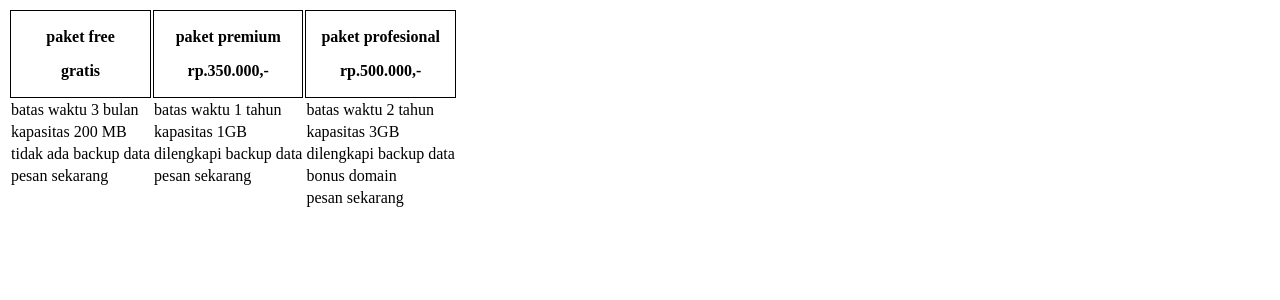
Repository: AHSANS354/tugas-sib5
Page: tugas css/index.html
The author's editor kept a copy of each file at every save. The page is drawn from the files as they stood at one save, then again after the next save.
The browser window is 1280 px wide. The pictures show the whole page.

Above is the page before, as saved 2023-08-29 12:56:15.

### tugas css/index.html
<!DOCTYPE html>
<html lang="en">
  <head>
    <meta charset="UTF-8" />
    <meta name="viewport" content="width=device-width, initial-scale=1.0" />
    <title>Tugas css eksternal</title>
    <link rel="stylesheet" href="style.css" />
  </head>
  <body>
    <table>
      <tr class="header">
        <th>
          <p>paket free</p>
          <p>gratis</p>
        </th>
        <th>
          <p>paket premium</p>
          <p>rp.350.000,-</p>
        </th>
        <th>
          <p>paket profesional</p>
          <p>rp.500.000,-</p>
        </th>
      </tr>
      <tr>
        <td>batas waktu 3 bulan</td>
        <td>batas waktu 1 tahun</td>
        <td>batas waktu 2 tahun</td>
      </tr>
      <tr>
        <td>kapasitas 200 MB</td>
        <td>kapasitas 1GB</td>
        <td>kapasitas 3GB</td>
      </tr>
      <tr>
        <td>tidak ada backup data</td>
        <td>dilengkapi backup data</td>
        <td>dilengkapi backup data</td>
      </tr>
      <tr>
        <td>pesan sekarang</td>
        <td>pesan sekarang</td>
        <td>bonus domain</td>
      </tr>
      <tr>
        <td colspan="2"></td>
        <td>pesan sekarang</td>
      </tr>
    </table>
  </body>
</html>

### tugas css/style.css
.header th {
  border: 1px solid #000;
}

After the next save:
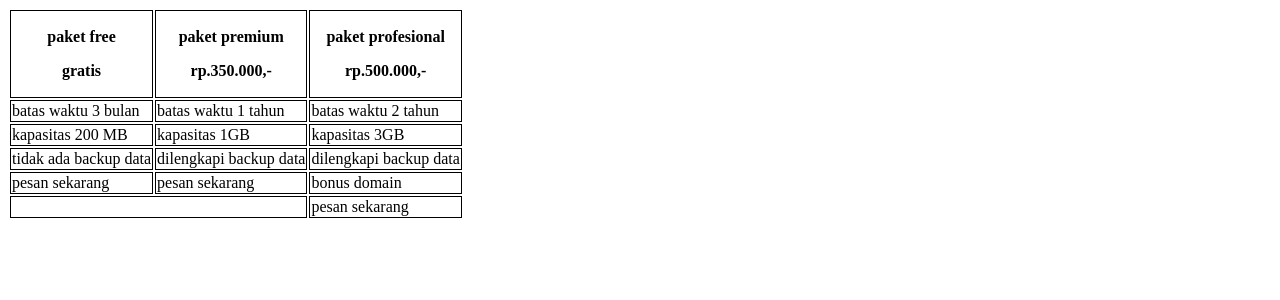
Saved 105 s later.
--- a/tugas css/style.css
+++ b/tugas css/style.css
@@ -1,3 +1,7 @@
 .header th {
   border: 1px solid #000;
 }
+
+td {
+  border: 1px solid #000;
+}
